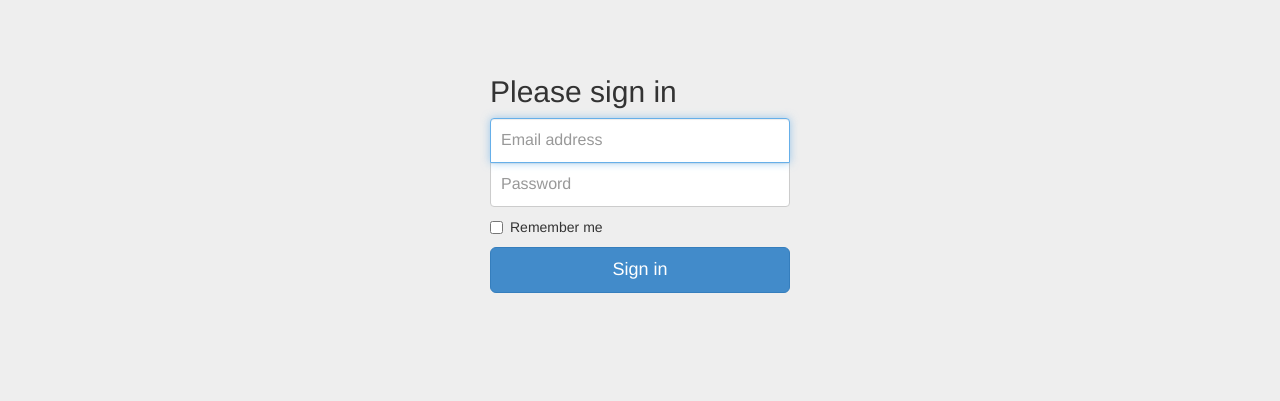
Repository: gpai/epilogue
Page: http://localhost/home.phtml
The author's editor kept a copy of each file at every save. The page is drawn from the files as they stood at one save, then again after the next save.
The browser window is 1280 px wide. The pictures show the whole page.
The page is run by PHP 8.4 with error messages shown; the project is at /var/www/html/.

Above is the page before, as saved 2013-10-30 22:13:15.

After the next save:
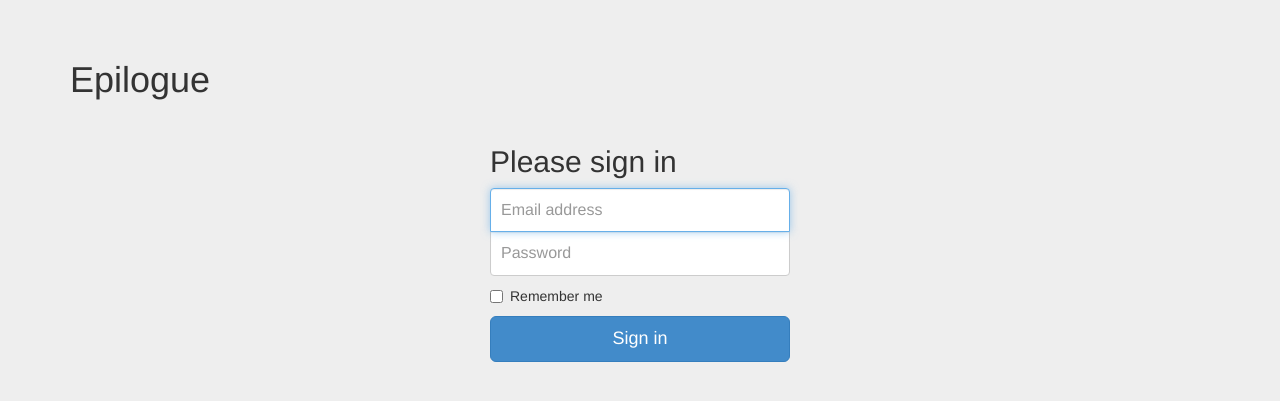
Saved 61 s later.
--- a/sandbox/grace/TestEpilogue/Test/home.phtml
+++ b/sandbox/grace/TestEpilogue/Test/home.phtml
@@ -30,7 +30,7 @@
   <body>
 
     <div class="container">
-
+	<h1>Epilogue</h1>
       <form class="form-signin">
         <h2 class="form-signin-heading">Please sign in</h2>
         <input type="text" class="form-control" placeholder="Email address" required autofocus>
